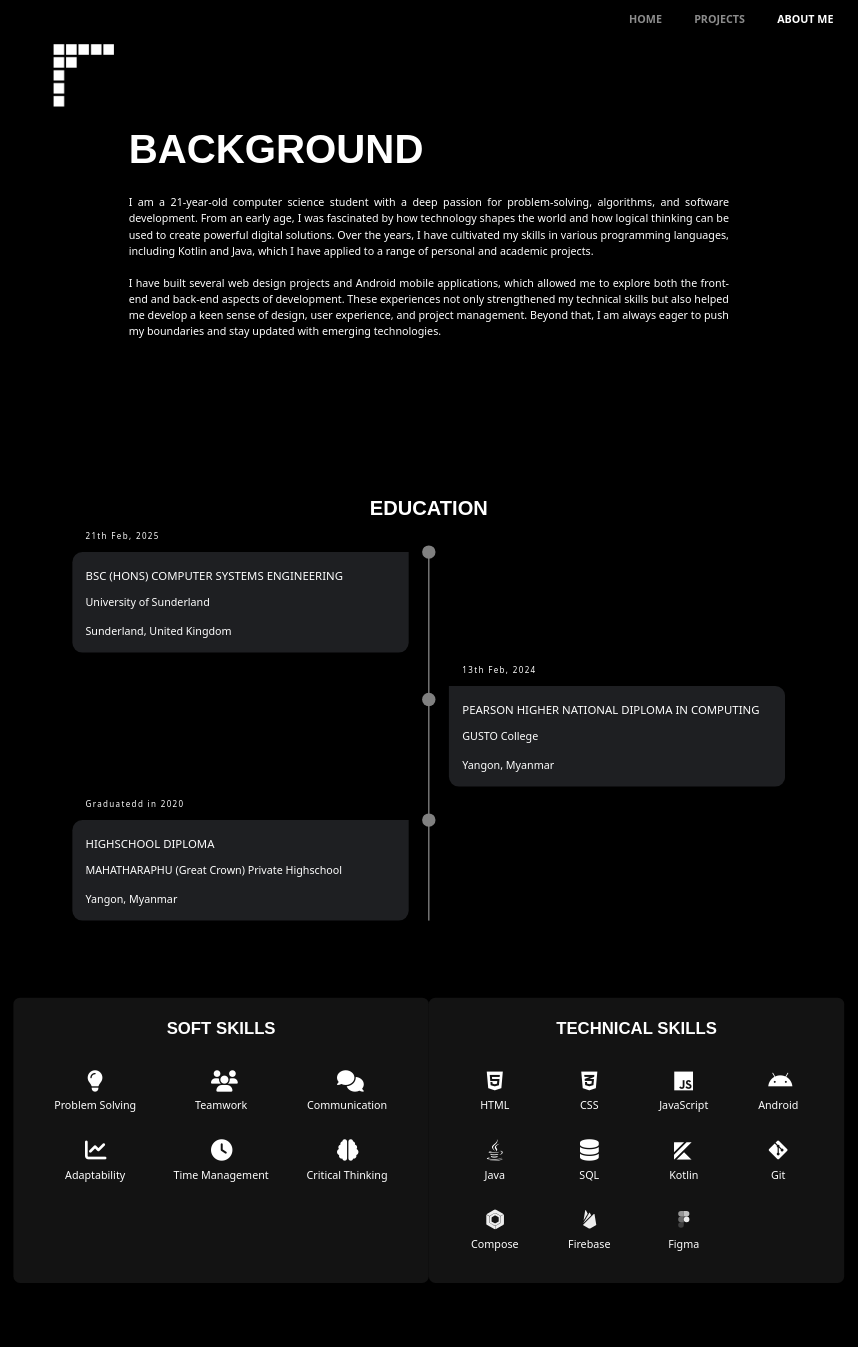
Repository: pyaestk/Portfolio-template
Page: aboutme.html
The author's editor kept a copy of each file at every save. The page is drawn from the files as they stood at one save, then again after the next save.
The browser window is 1280 px wide. The pictures show the whole page, at 67% of full size.
Some web fonts or font styles are not loaded; a fallback is used. Some web libraries are served in a nearby version.

Above is the page before, as saved 2025-05-24 20:00:08.
Console error: TypeError: Cannot read properties of null (reading 'addEventListener')

### aboutme.html
<!DOCTYPE html>

<html lang="en">

<head>
  <link href="https://cdn.jsdelivr.net/npm/bootstrap@5.3.5/dist/css/bootstrap.min.css" rel="stylesheet"
    integrity="sha384-SgOJa3DmI69IUzQ2PVdRZhwQ+dy64/BUtbMJw1MZ8t5HZApcHrRKUc4W0kG879m7" crossorigin="anonymous">
  <script src="https://cdn.jsdelivr.net/npm/bootstrap@5.3.5/dist/js/bootstrap.bundle.min.js"
    integrity="sha384-k6d4wzSIapyDyv1kpU366/PK5hCdSbCRGRCMv+eplOQJWyd1fbcAu9OCUj5zNLiq"
    crossorigin="anonymous"></script>
  <link rel="stylesheet" href="https://cdnjs.cloudflare.com/ajax/libs/font-awesome/6.1.2/css/all.min.css">
  <link href="styles.css" rel="stylesheet">

  <!-- google fonts -->
  <link rel="preconnect" href="https://fonts.googleapis.com">
  <link rel="preconnect" href="https://fonts.gstatic.com" crossorigin>
  <link href="https://fonts.googleapis.com/css2?family=Doto:wght@100..900&display=swap" rel="stylesheet">
  <link href="https://fonts.googleapis.com/css2?family=Roboto:ital,wght@0,100..900;1,100..900&display=swap"
    rel="stylesheet">

  <meta charset="utf-8">
  <meta name="viewport" content="width=device-width, initial-scale=1, minimum-scale=1, maximum-scale=1 ">

  <title>My Webpage</title>
</head>

<body class="bg-black">

  <nav class="navbar navbar-expand-lg bg-black navbar-dark sticky-top">
    <div class="container-fluid">
      <a class="navbar-brand" href="#"></a>
      <button class="navbar-toggler" type="button" data-bs-toggle="collapse" data-bs-target="#navbarNav"
        aria-controls="navbarNav" aria-expanded="false" aria-label="Toggle navigation">
        <span class="navbar-toggler-icon"></span>
      </button>
      <div class="collapse navbar-collapse justify-content-end" id="navbarNav">
        <ul class="navbar-nav text-center">
          <li class="nav-item px-3">
            <a class="nav-link" aria-current="page" href="index.html">HOME</a>
          </li>
          <li class="nav-item px-3">
            <a class="nav-link" href="projects.html">PROJECTS</a>
          </li>
          <li class="nav-item px-3">
            <a class="nav-link active" href="aboutme.html">ABOUT ME</a>
          </li>
        </ul>
      </div>
    </div>
  </nav>

  <div class="background-container text-white">
    <img src="img/decoration-block2.png" class="decoration-image-1" style="--delay: .2s;">

    <h4 class="title text-center" style="--delay: .3s;">BACKGROUND</h4>
    <p style="--delay: .4s;">I am a 21-year-old computer science student with a deep passion for problem-solving,
      algorithms, and software development. From an early age, I was fascinated by how technology shapes the world and
      how logical thinking can be used to create powerful digital solutions. Over the years, I have cultivated my skills
      in various programming languages, including Kotlin and Java, which I have applied to a range of personal and
      academic projects.
      <br><br>
      I have built several web design projects and Android mobile applications, which allowed me to explore both the
      front-end and back-end aspects of development. These experiences not only strengthened my technical skills but
      also helped me develop a keen sense of design, user experience, and project management. Beyond that, I am always
      eager to push my boundaries and stay updated with emerging technologies.
    </p>
  </div>

  <div class="container-fluid py-5 bg-black">
    <div class="education-container">
      <h2 class="my-5">EDUCATION</h2>
      <div class="timeline">
        <ul class="ps-0">
          <li class="reveal3">
            <div class="timeline-content">
              <h3 class="date">21th Feb, 2025</h3>
              <h5>BSC (HONS) COMPUTER SYSTEMS ENGINEERING</h5>
              <p>University of Sunderland</p>
              <span>Sunderland, United Kingdom</span>
            </div>
          </li>
          <li class="reveal3">
            <div class="timeline-content">
              <h3 class="date">13th Feb, 2024</h3>
              <h5>PEARSON HIGHER NATIONAL DIPLOMA IN COMPUTING</h5>
              <p>GUSTO College</p>
              <span>Yangon, Myanmar</span>
            </div>
          </li>
          <li class="reveal3">
            <div class="timeline-content">
              <h3 class="date">Graduatedd in 2020</h3>
              <h5>HIGHSCHOOL DIPLOMA</h5>
              <p>MAHATHARAPHU (Great Crown) Private Highschool</p>
              <span>Yangon, Myanmar</span>
            </div>
          </li>
        </ul>
      </div>
    </div>
  </div>

  <div class="container-fluid text-white py-5 bg-black">
    <div class="row skills-container mx-2">

      <div class="col-12 col-md-6 mb-5 technical-skills">
        <h5 class="mb-5 text-center">SOFT SKILLS</h5>

        <div class="row g-4">
          <div class="col-6 col-md-4 text-center">
            <i class="fa-solid fa-lightbulb fa-2x tech-icon"></i>
            <p>Problem Solving</p>
          </div>
          <div class="col-6 col-md-4 text-center">
            <i class="fa-solid fa-users fa-2x tech-icon"></i>
            <p>Teamwork</p>
          </div>
          <div class="col-6 col-md-4 text-center">
            <i class="fa-solid fa-comments fa-2x tech-icon"></i>
            <p>Communication</p>
          </div>
          <div class="col-6 col-md-4 text-center">
            <i class="fa-solid fa-chart-line fa-2x tech-icon"></i>
            <p>Adaptability</p>
          </div>
          <div class="col-6 col-md-4 text-center">
            <i class="fa-solid fa-clock fa-2x tech-icon"></i>
            <p>Time Management</p>
          </div>
          <div class="col-6 col-md-4 text-center">
            <i class="fa-solid fa-brain fa-2x tech-icon"></i>
            <p>Critical Thinking</p>
          </div>
        </div>
      </div>

      <div class="col-12 col-md-6 mb-5 technical-skills">
        <h5 class="mb-5 text-center">TECHNICAL SKILLS</h5>

        <div class="row g-4">
          <div class="col-4 col-md-3 text-center">
            <i class="fa-brands fa-html5 fa-2x tech-icon"></i>
            <p>HTML</p>
          </div>
          <div class="col-4 col-md-3 text-center">
            <i class="fa-brands fa-css3-alt fa-2x tech-icon"></i>
            <p>CSS</p>
          </div>
          <div class="col-4 col-md-3 text-center">
            <i class="fa-brands fa-js fa-2x tech-icon"></i>
            <p>JavaScript</p>
          </div>
          <div class="col-4 col-md-3 text-center">
            <i class="fa-brands fa-android fa-2x tech-icon"></i>
            <p>Android</p>
          </div>
          <div class="col-4 col-md-3 text-center">
            <i class="fa-brands fa-java fa-2x tech-icon"></i>
            <p>Java</p>
          </div>
          <div class="col-4 col-md-3 text-center">
            <i class="fa-solid fa-database fa-2x tech-icon"></i>
            <p>SQL</p>
          </div>
          <div class="col-4 col-md-3 text-center">
            <svg xmlns="http://www.w3.org/2000/svg" viewBox="0 0 8 8" class="tech-icon">
              <path fill="currentColor" d="m1 8l3-3l3 3M0 5V1h4M0 8V6l5-5h2" />
            </svg>
            <p>Kotlin</p>
          </div>
          <div class="col-4 col-md-3 text-center">
            <i class="fa-brands fa-git-alt fa-2x tech-icon"></i>
            <p>Git</p>
          </div>
          <div class="col-4 col-md-3 text-center">
            <svg xmlns="http://www.w3.org/2000/svg" viewBox="0 0 128 128" class="tech-icon">
              <path fill="#ededed"
                d="M63.353.759c-2.022-.048-3.83.515-5.604 1.486L14.737 27.521l-1.716 1.01l-.808.555c-1.067.628-2.21 2.15-2.97 3.175l4.168 2.324l2.82 1.55l9.592 5.4l2.454 1.36c1.237-1.491 1.306-1.596 2.472-2.566l26.833-15.884c1.554-.85 3.964-1.976 5.736-1.936c1.769.041 4.04.556 5.552 1.476l23.485 13.342l2.944 1.637a26.5 26.5 0 0 1 3.825 3.052l18.723-11.19l-1.666-1.624c-1.893-1.528-2.544-1.815-3.864-2.497L69.664 2.637C67.932 1.582 65.38.807 63.353.759m.276 23.845c-.95 0-3.036.411-3.86.884l-27.905 16.57c-.823.472-1.655 1.983-2.13 2.801s-.837 2.452-.839 3.303l-.055 33.254c-.002.946.421 2.006.896 2.824s1.268 1.581 2.091 2.054l28.68 16.194c1.07.493 2.69.787 3.64.787s2.174-.147 3.709-.777l27.42-16.173c.824-.474 2.1-1.772 2.575-2.59c.475-.819 1.498-2.895 1.493-3.841l-.146-32.52c-.001-.945-.832-2.85-1.307-3.667c-.475-.82-2.284-2.36-3.108-2.833L67.623 25.58c-.824-.473-3.043-.977-3.994-.977Zm55.2 7.65l-1.163.725l-17.474 10.441c.42 1 .891 3.278.946 4.363l.002.01l.008.312v31.3a10.09 10.09 0 0 1-4.963 8.786l-25.434 15.315c-.922.545-3.108 1.394-5.452 1.841l.002 1.516l-.037 7.825l-.006 3.775l.043 8.781c1.255-.01 3.339-.766 4.423-1.36l.317-.182l.009-.004l44.498-26.253a11.54 11.54 0 0 0 5.666-10.048V37.734c-.014-1.458-.72-4.093-1.385-5.48M8.47 33.817l-.415 1.949c-.352 2.928-.29 3.223-.202 4.705l-.012 49.185c-.02 2.027-.099 4.84.899 6.606c.993 1.762 2.916 2.799 4.657 3.827l45.2 25.602l.008.004l.318.179c1.399.644 2.986 1.145 4.592 1.241l.012-4.872l.004-3.748l-.006-11.404l-.006-1.81c-1.809-.118-3.218-.654-4.14-1.199l-27.041-15.14c-1.527-.9-3.437-1.913-4.308-3.455c-.87-1.543-1.252-3.886-1.235-5.658l.017-29.064l.008-2.096c.061-1.414.277-2.403.687-4.15zm55.323 4.77c.612 0 2.044.327 2.575.632l17.503 9.854c.531.304 1.698 1.3 2.004 1.826c.306.528.84 1.754.84 2.363l.096 20.959c.002.609-.655 1.948-.963 2.476c-.306.528-1.127 1.363-1.657 1.668L66.52 88.79c-.99.406-1.78.505-2.394.505c-.612 0-1.653-.192-2.342-.51L43.297 78.349a3.8 3.8 0 0 1-1.348-1.324c-.306-.528-.579-1.212-.578-1.82l.035-21.431c0-.548.235-1.602.54-2.13c.307-.528.844-1.5 1.374-1.804l17.985-10.68c.531-.305 1.877-.57 2.489-.57z" />
            </svg>
            <p>Compose</p>
          </div>
          <div class="col-4 col-md-3 text-center">
            <svg xmlns="http://www.w3.org/2000/svg" viewBox="0 0 24 24" class="tech-icon">
              <rect width="24" height="24" fill="none" />
              <path fill="#ededed"
                d="m20 18.69l-7.3 4.05q-.75.39-1.5 0L4 18.69L17.05 5.54l.35-.1c.3 0 .47.13.5.4zM9.35 5.74L4.8 13.29L6.7 1.34c.03-.27.2-.4.5-.4c.2 0 .33.06.4.25l2.15 3.95zM13.85 7L4.3 16.59l7.25-12.3c.1-.2.25-.29.45-.29s.33.09.4.29z" />
            </svg>
            <p>Firebase</p>
          </div>
          <div class="col-4 col-md-3 text-center">
            <svg xmlns="http://www.w3.org/2000/svg" viewBox="0 0 24 24" class="tech-icon">
              <rect width="24" height="24" fill="none" />
              <path fill="#ededed" d="M11.667 2H8.333a3.333 3.333 0 1 0 0 6.667h3.334z" opacity="0.6" />
              <path fill="#ededed" d="M11.667 8.667H8.333a3.333 3.333 0 0 0 0 6.666h3.334z" opacity="0.4" />
              <path fill="#ededed" d="M18.333 12a3.333 3.333 0 1 1-6.667 0a3.333 3.333 0 0 1 6.667 0" />
              <path fill="#ededed" d="M8.333 15.334h3.334v3.333a3.333 3.333 0 1 1-3.334-3.334" opacity="0.2" />
              <path fill="#ededed" d="M11.666 2h3.333a3.333 3.333 0 1 1 0 6.667h-3.333z" opacity="0.8" />
            </svg>
            <p>Figma</p>
          </div>
        </div>
      </div>


    </div>
  </div>

  <script src="script.js"></script>
</body>

</html>

### styles.css
* {
  margin: 0;
  padding: 0;
  box-sizing: border-box;
}
html {
  scroll-behavior: smooth;
}


/* index.html */

video {
  object-fit: cover;
  width: 100vw;
  height: 100vh;
  position: fixed;
  top: 0;
  left: 0;
  z-index: -1;
  filter: brightness(50%) grayscale(100%);
  transform: scaleX(-1);
  mask-image: linear-gradient(to right, black 0%, transparent 90%);
}
.navbar-nav a {
  font-weight: bolder;
}

.intro-container {
  display: flex;
  justify-content: center;
  align-items: start;
  flex-direction: column;
  flex-wrap: wrap;
  min-height: 90vh;
  padding: 50px 0;
}
.intro-text p {
  font-size: 20px;
  text-align: start;
  padding-right: 30%;
}

.my-name {
  font-family: "Doto", sans-serif;
  font-size: 60px;
  font-weight: bolder;
  max-lines: 3;
}

.social-links {
  display: flex;
  align-items: center;
  flex-direction: row;
  justify-content: start; /* or center if you want them centered */
  margin-top: 50px;
}
.social-links a {
  display: inline-flex; /* So the <a> fits nicely around icon */
  align-items: center;
  justify-content: center;
}
.social-links svg {
  width: 30px;
  height: 30px;

}
.social-links .linkedin {
  padding: 0 50px;
}
.intro-btns button{
  margin-top: 20px;
  width: 200px;
  height: 50px;
  margin-right: 20px;
  font-weight: bolder;
}






/* projects.html */

.projects-container {
  width: 100%;
  height: auto;
  display: flex;
  justify-content: space-evenly;
  align-items: center;
  flex-direction: row;
  flex-wrap: wrap;
  padding: 5% 5%;
}
.project-intro{
  width: 30%;
  height: auto;
  position: sticky;
  top: 150px; /* Adjust this value as needed */
  align-self: flex-start;
}
.projects-list-container {
  width: 70%;
  display: flex;
  justify-content: center;
  align-items: center;
  flex-direction: column;
}

.projects-list{
  display: grid;
  grid-template-columns: repeat(auto-fit, minmax(350px, 1fr));
  gap: 40px;
}
.project-intro h1 {
  font-size: 60px;
  color: white;
  font-family: "Doto", sans-serif;
  font-weight: bolder;
}

.projects-container .card {

  height: auto;
  background-color: rgba(29, 29, 29, 0.671);
  display: flex;
  justify-content: center;
  align-items: center;
  flex-direction: column;
  padding: 15px;
  color: white;
}
.projects-container .card-body{
  padding: 20px 10px 10px 10px;
}
.projects-container .card:hover {
  box-shadow: 0 0 15px rgb(255, 255, 255);
  transition: all 0.3s ease-in-out;
}




/* education.html */
/* .education-container {
  width: 100%;
  height: auto;
  display: flex;
  justify-content: space-evenly;
  align-items: center;
  flex-direction: column;
  flex-wrap: wrap;
  padding: 5% 5%;
  gap: 40px;
}

.education-container .card {
  width: 70%;
  height: auto;
  background-color: rgba(29, 29, 29, 0.671);
  padding: 20px 50px;
  color: white;
  box-shadow: 0 0 5px rgb(255, 255, 255);
}


.education-container .card:hover {
  box-shadow: 0 0 15px rgb(255, 255, 255);
  transition: all 0.3s ease-in-out;
}

.education-container .card h4 {
  font-size: 25px;
  color: white;
  font-family: "Doto", sans-serif;
  font-weight: bolder;
  margin-bottom: 20px;
} */



/* about me.html */
.background-container {
  position: relative; /* Needed for absolute child positioning */
  width: 100%;
  display: flex;
  justify-content: center;
  align-items: start;
  flex-direction: column;
  padding: 8% 15%;
}

.background-container .title {
  font-size: 60px;
  font-weight: bolder;
  font-family: "Doto", sans-serif;
  margin-top: 30px;
  margin-bottom: 30px;
}
.background-container p {
  text-align: justify;
}

.decoration-image-1 {
  position: absolute; /* Take it out of flow */
  top: 10px;
  left: 80px;
  width: 90px;
  height: auto;
  pointer-events: none; /* Prevents accidental clicks */
  user-select: none;
}


.skills-container h5 {
  font-size: 25px;
  font-weight: bolder;
  font-family: "Doto", sans-serif;

}
.skills-container {
  display: flex;
  justify-content: space-evenly;
}

.skills-container .general-skills, .technical-skills{
  background-color: rgba(29, 29, 29, 0.671);
  color: white;
  border-radius: 10px;
  padding: 30px 40px;
  text-align: start;
}

.skills-container .general-skills:hover, .technical-skills:hover{
  box-shadow: 0 0 15px rgb(255, 255, 255);
  transition: all 0.3s ease-in-out;
}

.tech-icon{
  width: 30px;
  height: 30px;
  margin-bottom: 10px;
}






.education-container {
  min-height: 100vh;
  width: 100%;
  display: flex;
  flex-direction: column;
  justify-content: center;
  align-items: center;
  justify-content: center;
  box-sizing: border-box;
}
.education-container h2 {
  font-weight: bolder;
  font-family: "Doto", sans-serif;
  color: white;
  font-size: 30px;
}
.timeline {
  width: 80%;
  height: auto;
  margin: 0 auto;
  position: relative;
}
.timeline h5{
  font-size: 17px;
  margin-bottom: 10px;
  line-height: 30px;
}

.timeline ul {
  list-style: none;
}
.timeline ul li {
  padding: 20px;
  background-color: #1e1f22;
  color: white;
  border-radius: 10px;

  margin-bottom: 20px;
}
.timeline ul li:last-child {
  margin-bottom: 0;
}
.timeline-content h1 {
  font-weight: 500;
  font-size: 25px;
  line-height: 30px;
  margin-bottom: 10px;
}
.timeline-content p {
  font-size: 16px;
  line-height: 30px;
  font-weight: 300;
}
.timeline-content .date {
  font-size: 12px;
  font-weight: 300;
  margin-bottom: 10px;
  letter-spacing: 2px;
}
@media only screen and (min-width: 768px) {
  .timeline:before {
    content: "";
    position: absolute;
    top: 0;
    left: 50%;
    transform: translateX(-50%);
    width: 2px;
    height: 100%;
    background-color: gray;
  }
  .timeline ul li {
    width: 50%;
    position: relative;
    margin-bottom: 50px;
  }
  .timeline ul li:nth-child(odd) {
    float: left;
    clear: right;
    transform: translateX(-30px);
    border-radius: 15px 0px 15px 15px;
  }
  .timeline ul li:nth-child(even) {
    float: right;
    clear: left;
    transform: translateX(30px);
    border-radius: 0px 15px 15px 15px;
  }
  .timeline ul li::before {
    content: "";
    position: absolute;
    height: 20px;
    width: 20px;
    border-radius: 50%;
    background-color: gray;
    top: 0px;
  }
  .timeline ul li:nth-child(odd)::before {
    transform: translate(50%, -50%);
    right: -30px;
  }
  .timeline ul li:nth-child(even)::before {
    transform: translate(-50%, 50%);
    left: -30px;
  }
  .timeline-content .date {
    position: absolute;
    top: -30px;
  }
  .timeline ul li:hover::before {
    background-color: rgb(255, 255, 255);
  }
}








/* on load animation */
.intro-body h1,
.intro-body p,
.intro-body .intro-btns,
.projects-container .card,
.project-intro h1, .project-intro p,
.background-container .title,
.background-container p,
.background-container image{
  display: block;
  opacity: 0;
  animation: reveal 0.5s forwards var(--delay);
}
@keyframes reveal {
  /* from { translate: - 20px; }
  to { translate: none; opacity: 1;} */
  from {
    transform: translateY(10px);
  }
  to {
    transform: translateY(0);
    opacity: 1;
  }
}

/* on scroll animation */

.reveal1 {
  position: relative;
  transform: translateX(70px);
  opacity: 0;
  transition: 1.1s all ease;
}
.reveal1.active {
  transform: translateX(0);
  opacity: 1;
}

.reveal2 {
  position: relative;
  transform: translateX(-70px);
  opacity: 0;
  transition: 1.1s all ease;
}
.reveal2.active2 {
  transform: translateX(0);
  opacity: 1;
}

.reveal3 {
  position: relative;
  transform: translateY(50px);
  opacity: 0;
  transition: 1.1s all ease;
}
.reveal3.active3 {
  transform: translateX(0);
  opacity: 1;
}




/* for small screen size */

@media (max-width: 1170px) {

  /* index.html */
  .intro-body {
    margin-top: 50px;
    margin-bottom: 50px;
    text-align: center;
  }
  .my-name {
    font-size: 35px;
  }
  .intro-text p {
    text-align: center;
    font-size: 13px;
    padding-right: 0;
  }

  /* projects.html */
  .projects-container {
    width: 100%;
    height: auto;
    display: flex;
    justify-content: space-evenly;
    align-items: center;
    flex-direction: row;
    flex-wrap: wrap;
    padding: 0px;
    gap: 40px;
  }
  .project-intro{
    width: auto;
    position: static;
    margin-top: 30px;
  }
  .projects-list{
    display: grid;
    grid-template-columns: repeat(auto-fit, minmax(280px, 1fr));
    gap: 30px;
  }
  .project-intro h1 {
    font-size: 35px;
    margin-top: 30px;
  }
  .project-intro p {
    font-size: 13px;
  }
  .intro-btns button{
    margin-left: 20px;
  }

  .projects-list-container {
    width: 80%;
  }
  .projects-list-container .card{
    margin-bottom: 20px;
  }
  .projects-list-container .card-text{
    font-size: 13px;
  }


  /* about me.html */
  .background-container {
    align-items: center;
  }
  .background-container .title {
    font-size: 40px;
    margin-top: 55px;
  }
  .background-container p {
    font-size: 15px;
    padding-right: 0;
    text-align: justify;
  }
  .decoration-image-1 {
    position: absolute; /* Take it out of flow */
    top: 20px;
    left: 40px;
    width: 50px;
  }

  .skills-container {
    padding: 15px 15px;
  }
  .skills-container h5 {
    font-size: 23px;
  }
  .skills-container h6 {
    font-size: 18px;
  }
  .skills-container p {
    font-size: 13px;
  }

}

### script.js
/* on scroll animation */
function reveal() {
  var reveals3 = document.querySelectorAll(".reveal3");
  for (var i = 0; i < reveals3.length; i++) {
    var windowHeight = window.innerHeight;
    var elementTop = reveals3[i].getBoundingClientRect().top;
    var elementVisible = 50;
    if (elementTop < windowHeight - elementVisible) {
      reveals3[i].classList.add("active3");
    } else {
      reveals3[i].classList.remove("active3");
    }
  }
}
// Also run reveal() on scroll
window.addEventListener("scroll", reveal);

//download CV
document.getElementById("downloadBtn").addEventListener("click", function () {
  const fileUrl = "my cv.pdf"; // PDF file in the same folder

  const a = document.createElement("a");
  a.href = fileUrl;
  a.download = "CV.pdf"; // The filename when downloaded

  document.body.appendChild(a);
  a.click();
  document.body.removeChild(a);
});

After the next save:
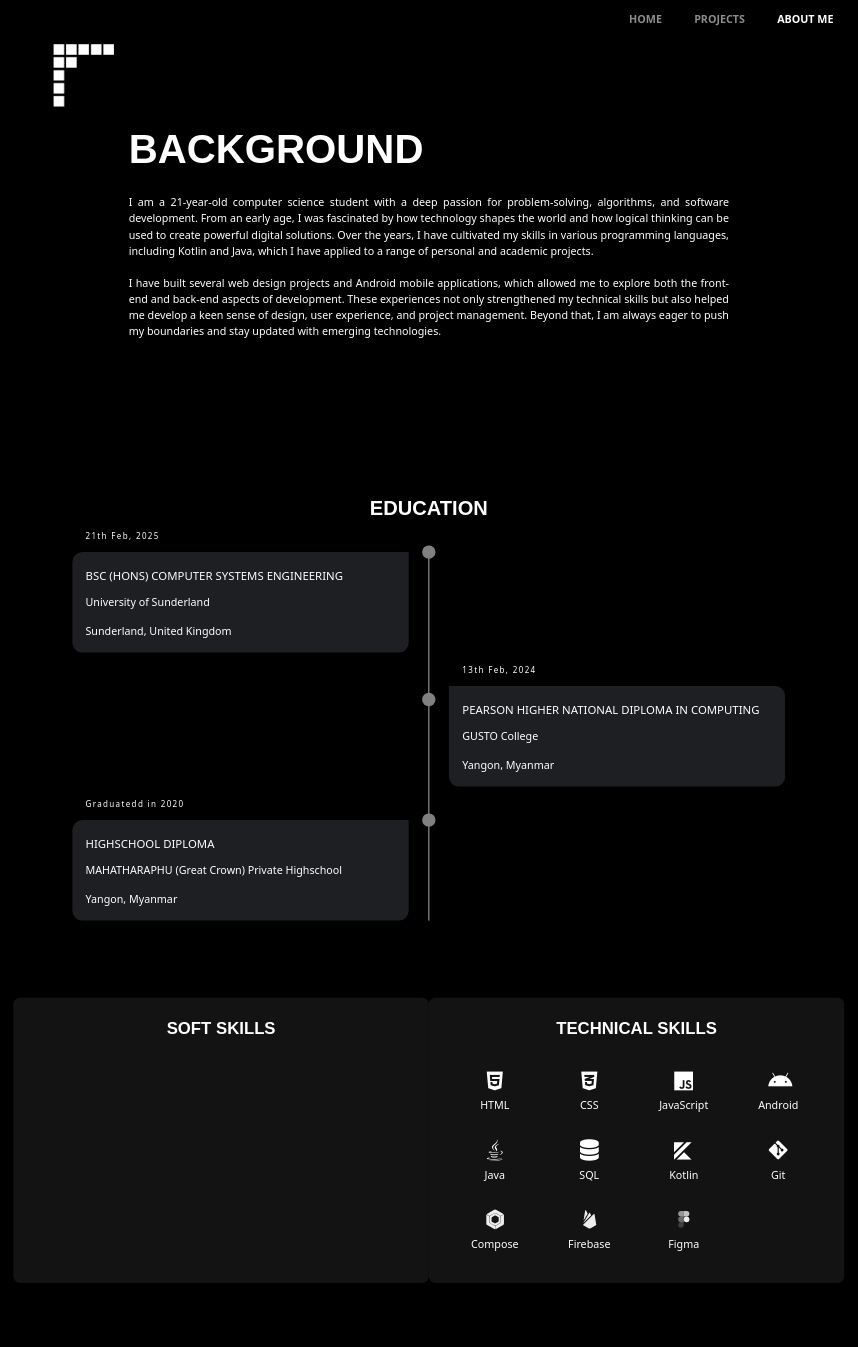
Saved 16 s later.
--- a/aboutme.html
+++ b/aboutme.html
@@ -106,32 +106,7 @@
       <div class="col-12 col-md-6 mb-5 technical-skills">
         <h5 class="mb-5 text-center">SOFT SKILLS</h5>
 
-        <div class="row g-4">
-          <div class="col-6 col-md-4 text-center">
-            <i class="fa-solid fa-lightbulb fa-2x tech-icon"></i>
-            <p>Problem Solving</p>
-          </div>
-          <div class="col-6 col-md-4 text-center">
-            <i class="fa-solid fa-users fa-2x tech-icon"></i>
-            <p>Teamwork</p>
-          </div>
-          <div class="col-6 col-md-4 text-center">
-            <i class="fa-solid fa-comments fa-2x tech-icon"></i>
-            <p>Communication</p>
-          </div>
-          <div class="col-6 col-md-4 text-center">
-            <i class="fa-solid fa-chart-line fa-2x tech-icon"></i>
-            <p>Adaptability</p>
-          </div>
-          <div class="col-6 col-md-4 text-center">
-            <i class="fa-solid fa-clock fa-2x tech-icon"></i>
-            <p>Time Management</p>
-          </div>
-          <div class="col-6 col-md-4 text-center">
-            <i class="fa-solid fa-brain fa-2x tech-icon"></i>
-            <p>Critical Thinking</p>
-          </div>
-        </div>
+
       </div>
 
       <div class="col-12 col-md-6 mb-5 technical-skills">
